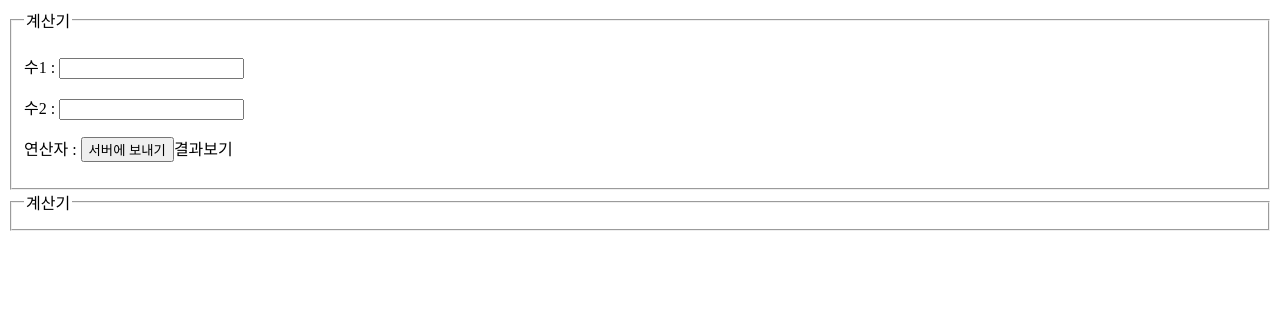
Repository: hagjun/jspstudy
Page: http://localhost/01_servlet/view/ex07.jsp
An editor plug-in stored every save of this project. The page is shown before and after a run of saves, followed by the edit.
The browser window is 1280 px wide. The pictures show the whole page.
The page is served by Tomcat 9.

Above is the page before, as saved 2024-03-04 08:02:34.

After the next 2 saves:
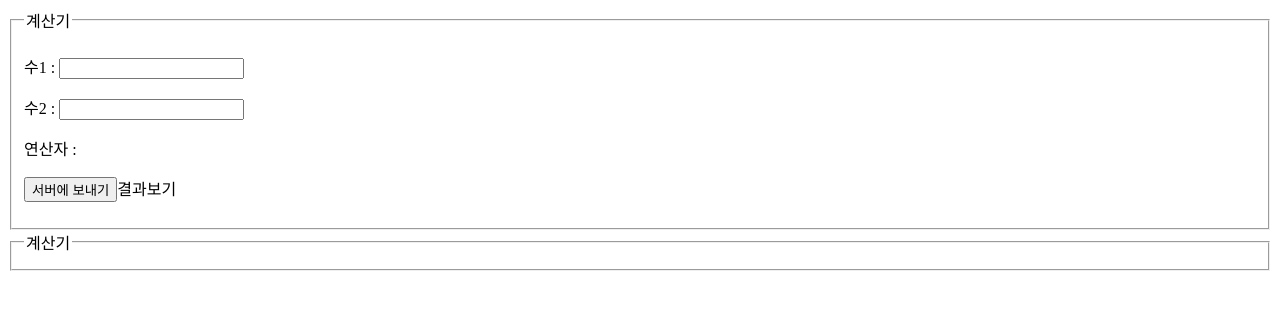
The 2 saves are shown as one change because they came seconds apart.
The last was saved 15 s later.
--- a/01_servlet/src/main/webapp/view/ex07.jsp
+++ b/01_servlet/src/main/webapp/view/ex07.jsp
@@ -12,7 +12,7 @@
 		<p>수1 : <input type="number" name="su1" required>
 		<p>수2 : <input type="number" name="su2" required>
 		<p>연산자 :
-		<input type="button" value="서버에 보내기" onclick="f.send_go()">결과보기
+		<p><input type="button" value="서버에 보내기" onclick="f.send_go()">결과보기</p>
 	</fieldset>
 
 	<fieldset>
